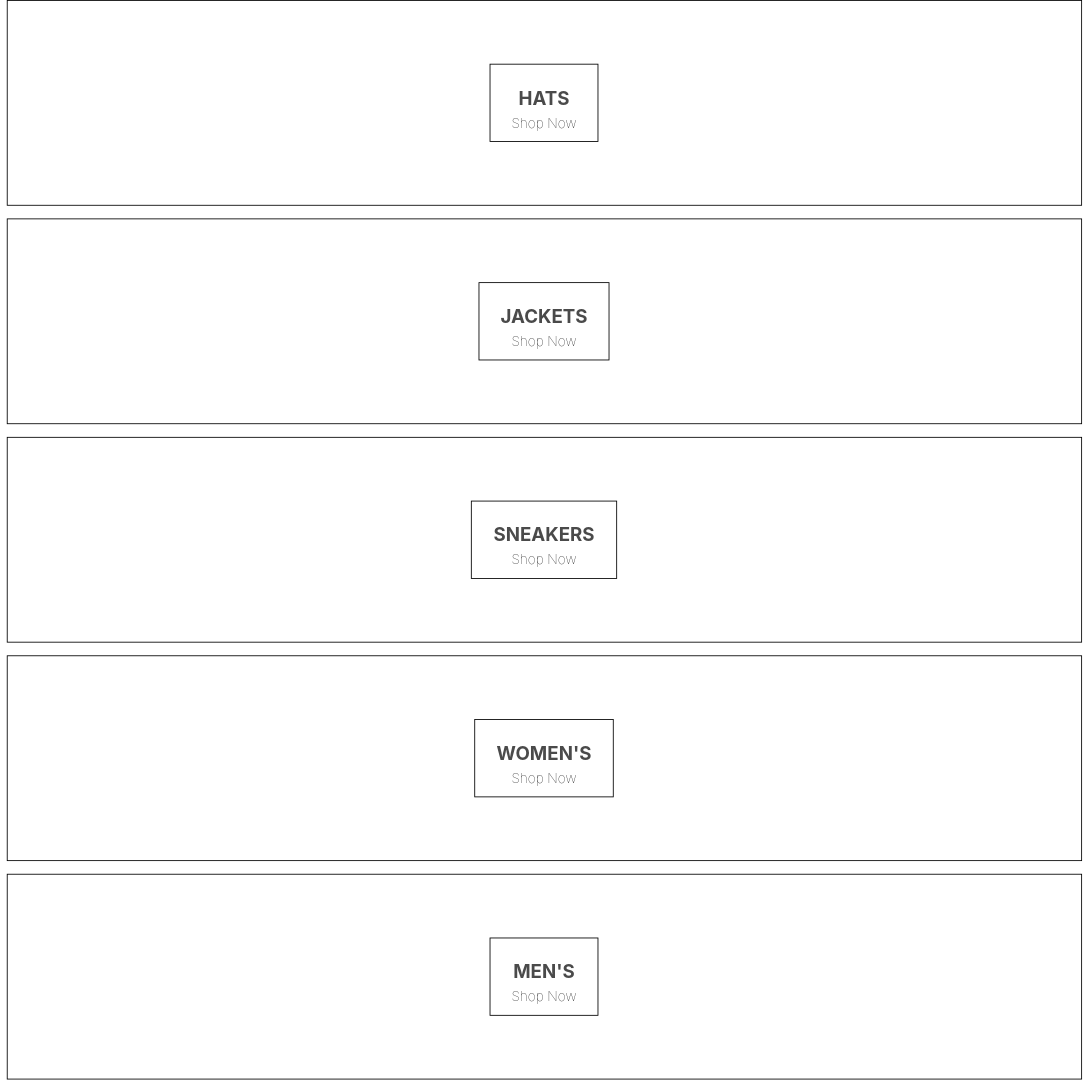
Repository: MikeTroianello/commerce-store
Page: /signin
An editor plug-in stored every save of this project. The page is shown before and after the next save, followed by the edit.
The browser window is 1280 px wide. The pictures show the whole page, at 85% of full size.
The project was rebuilt for these pictures with package versions that can differ from the ones it lists, and the page was loaded fresh each time. Also part of the build but not shown: src/App.css.

Above is the page before, as saved 2019-09-09 22:51:39.

After the next save:
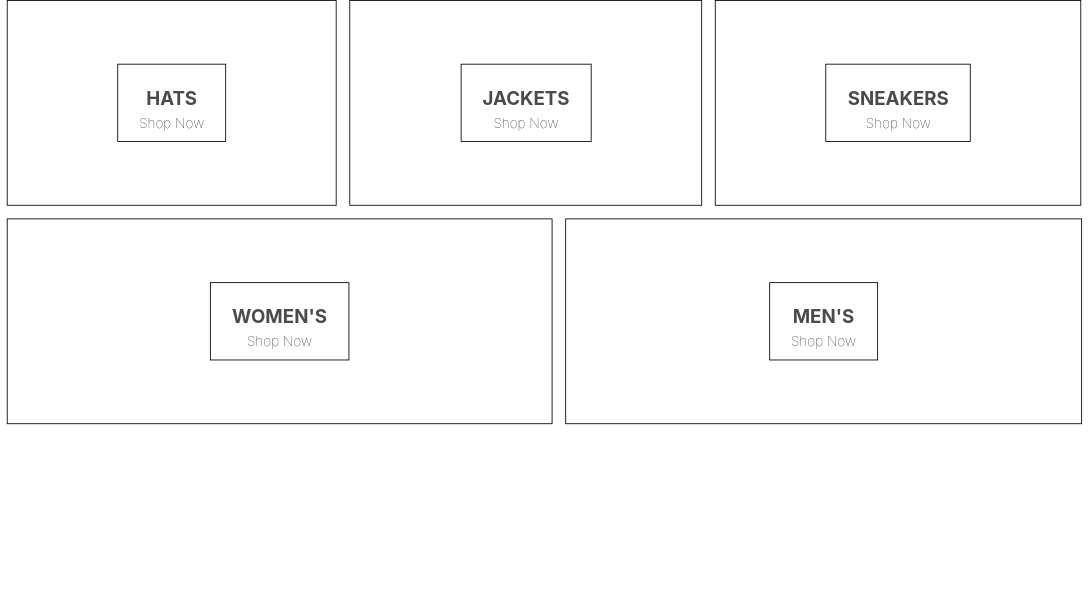
Saved 6 s later.
--- a/src/pages/homepage/homepage.styles.scss
+++ b/src/pages/homepage/homepage.styles.scss
@@ -4,6 +4,13 @@
 //   align-items: center;
 //   padding: 20px 80px;
 // }
+
+.directory-menu {
+  width: 100%;
+  display: flex;
+  flex-wrap: wrap;
+  justify-content: space-between;
+}
 
 .menu-item {
   min-width: 30%;
